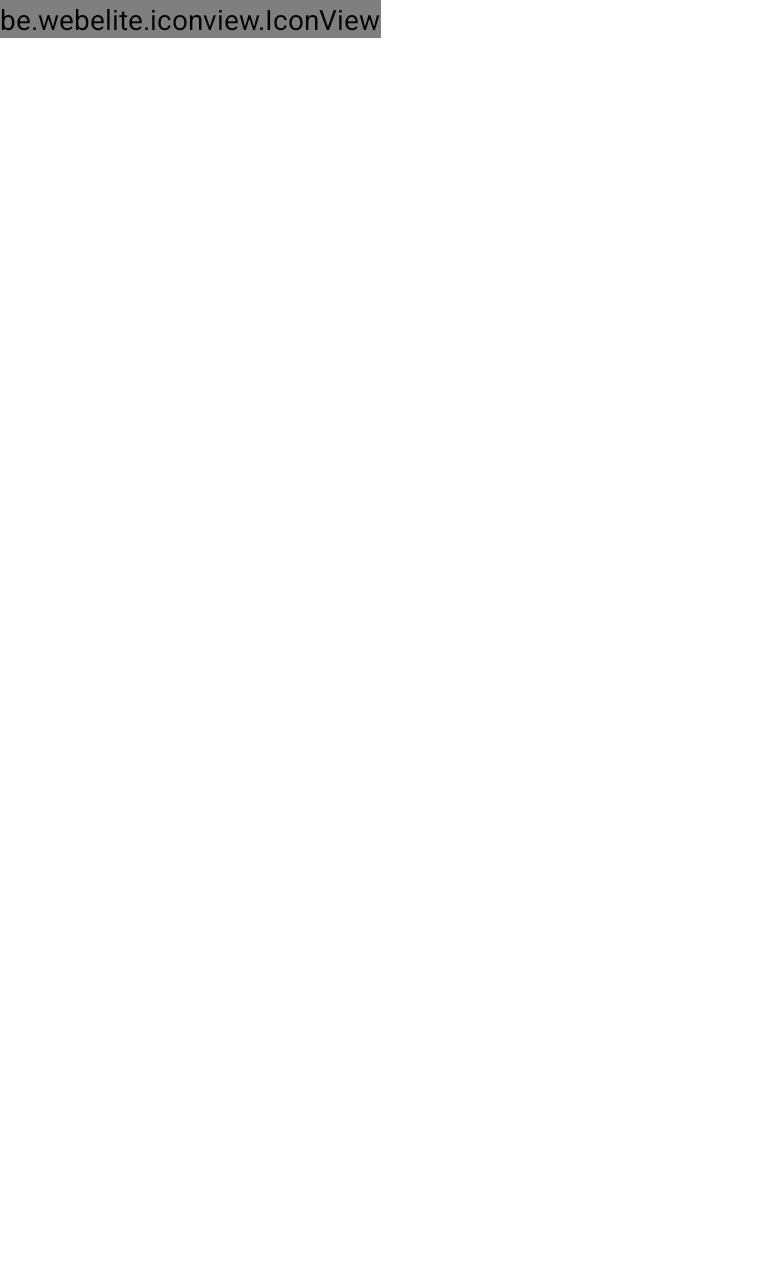
Repository: MarsVard/IconView
Layout: IconViewExample/res/layout/activity_main.xml
An editor plug-in stored every save of this project. The layout is shown before and after the next save, followed by the edit.
Pictures or frames that could not be fetched are drawn as grey boxes. It is drawn on a 768 x 1280 px phone screen (xhdpi) without system bars, with theme AppTheme; the app's code is not run.

Above is the layout before, as saved 2013-04-23 20:05:43.

After the next save:
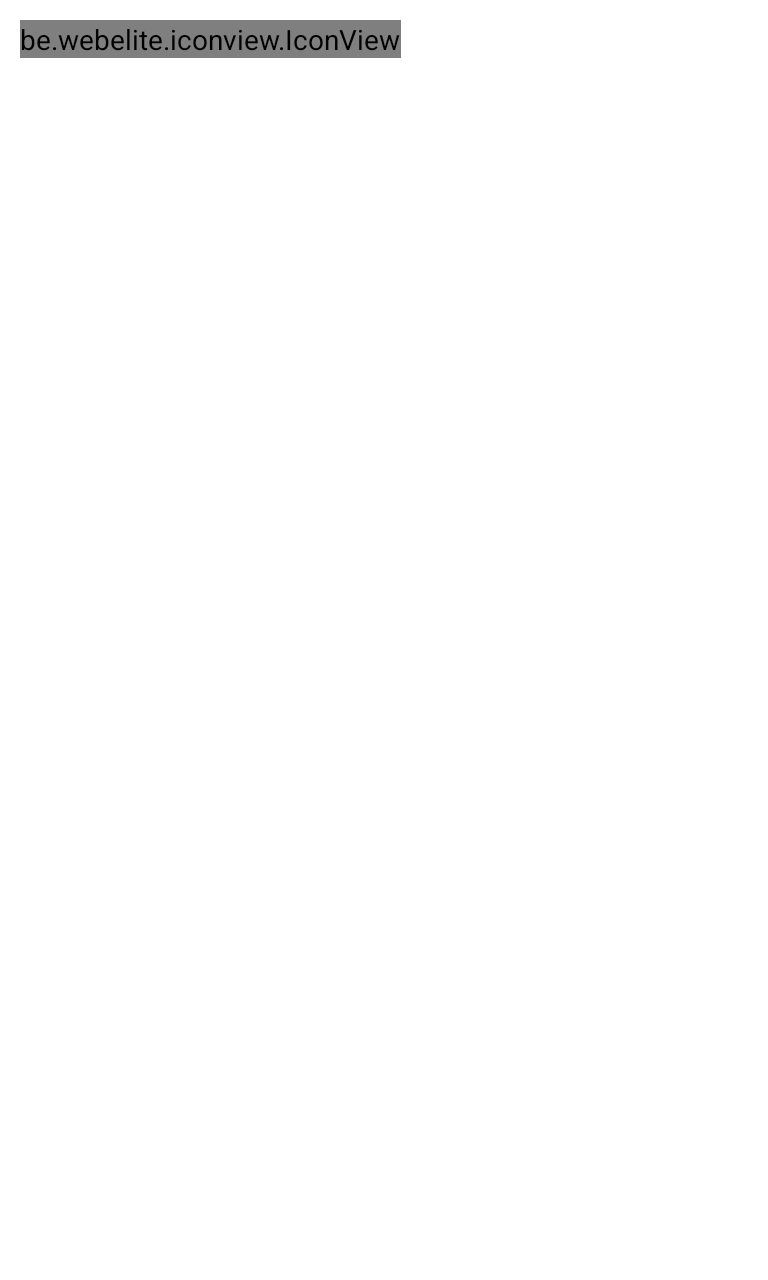
Saved 102 s later.
--- a/IconViewExample/res/layout/activity_main.xml
+++ b/IconViewExample/res/layout/activity_main.xml
@@ -3,13 +3,14 @@
     xmlns:iconview="http://schemas.android.com/apk/res-auto"
     android:layout_width="match_parent"
     android:layout_height="match_parent"
-    tools:context=".MainActivity" >
+    tools:context=".MainActivity"
+    android:padding="10dp">
 
     <be.webelite.iconview.IconView
         iconview:icon_name="entypo_feather"
         android:layout_height="wrap_content"
         android:layout_width="wrap_content"
-        android:textSize="20sp"
+        android:textSize="40sp"
         android:textColor="#ff00dd"/>
 
 </RelativeLayout>
